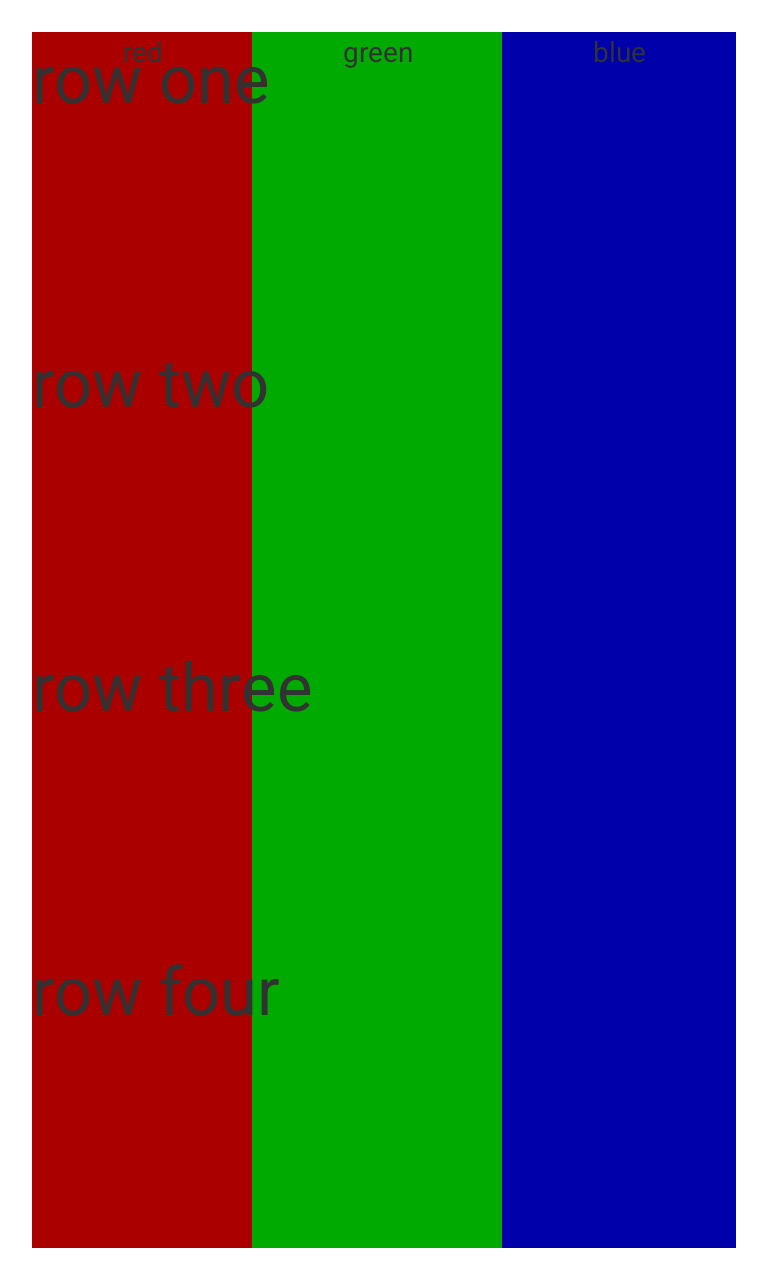
Repository: PatKelsh/IS-413
Layout: LinearLayout/res/layout/activity_main.xml
An editor plug-in stored every save of this project. The layout is shown before and after the next save, followed by the edit.
It is drawn on a 768 x 1280 px phone screen (xhdpi) without system bars, with theme AppTheme; the app's code is not run.

Above is the layout before, as saved 2015-02-04 03:22:34.

### LinearLayout/res/layout/activity_main.xml
<RelativeLayout xmlns:android="http://schemas.android.com/apk/res/android"
    xmlns:tools="http://schemas.android.com/tools"
    android:layout_width="match_parent"
    android:layout_height="match_parent"
    android:paddingBottom="@dimen/activity_vertical_margin"
    android:paddingLeft="@dimen/activity_horizontal_margin"
    android:paddingRight="@dimen/activity_horizontal_margin"
    android:paddingTop="@dimen/activity_vertical_margin"
    tools:context="com.example.linearlayout.MainActivity" >

    <LinearLayout
        android:orientation="horizontal"
        android:layout_width="fill_parent"
        android:layout_height="fill_parent"
        android:layout_weight="1">

        <TextView
            android:text="red"
            android:gravity="center_horizontal"
            android:background="#aa0000"
            android:layout_width="wrap_content"
            android:layout_height="fill_parent"
            android:layout_weight="1"/>

        <TextView
            android:text="green"
            android:gravity="center_horizontal"
            android:background="#00aa00"
            android:layout_width="wrap_content"
            android:layout_height="fill_parent"
            android:layout_weight="1"/>

        <TextView
            android:text="blue"
            android:gravity="center_horizontal"
            android:background="#0000aa"
            android:layout_width="wrap_content"
            android:layout_height="fill_parent"
            android:layout_weight="1"/>
    </LinearLayout>

    <LinearLayout
        android:orientation="vertical"
        android:layout_width="fill_parent"
        android:layout_height="fill_parent"
        android:layout_weight="1">

        <TextView
            android:text="row one"
            android:textSize="15pt"
            android:layout_width="fill_parent"
            android:layout_height="wrap_content"
            android:layout_weight="1"/>
        <TextView
            android:text="row two"
            android:textSize="15pt"
            android:layout_width="fill_parent"
            android:layout_height="wrap_content"
            android:layout_weight="1"/>
        <TextView
            android:text="row three"
            android:textSize="15pt"
            android:layout_width="fill_parent"
            android:layout_height="wrap_content"
            android:layout_weight="1"/>
        <TextView
            android:text="row four"
            android:textSize="15pt"
            android:layout_width="fill_parent"
            android:layout_height="wrap_content"
            android:layout_weight="1"/>

    </LinearLayout>


</RelativeLayout>

Loaded but not shown: LinearLayout/res/values/styles.xml (common file); LinearLayout/res/values-v11/styles.xml (common file); LinearLayout/res/values-v14/styles.xml (common file); LinearLayout/res/values/dimens.xml (common file); LinearLayout/res/values-w820dp/dimens.xml (common file)

After the next save:
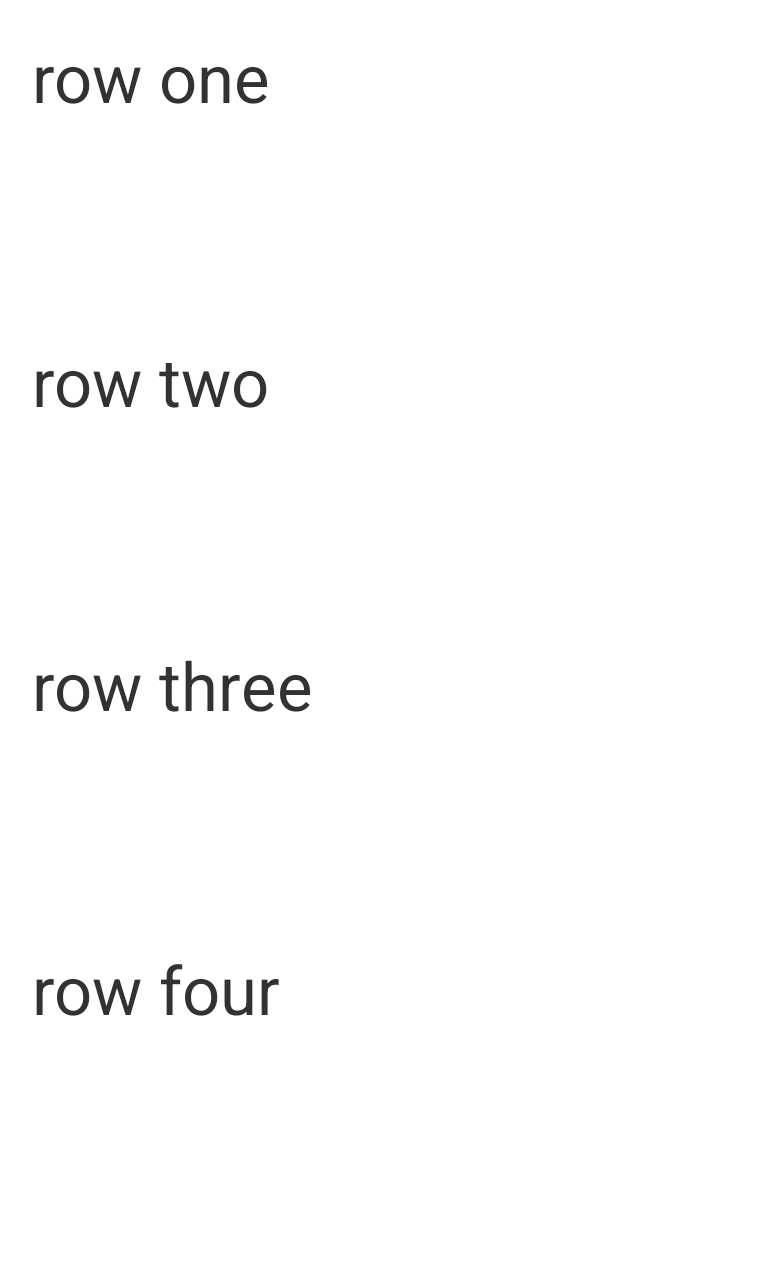
Saved 2 min 27 s later.
--- a/LinearLayout/res/layout/activity_main.xml
+++ b/LinearLayout/res/layout/activity_main.xml
@@ -11,7 +11,7 @@
     <LinearLayout
         android:orientation="horizontal"
         android:layout_width="fill_parent"
-        android:layout_height="fill_parent"
+        android:layout_height="center"
         android:layout_weight="1">
 
         <TextView
@@ -38,7 +38,6 @@
             android:layout_height="fill_parent"
             android:layout_weight="1"/>
     </LinearLayout>
-
     <LinearLayout
         android:orientation="vertical"
         android:layout_width="fill_parent"

After the save that followed:
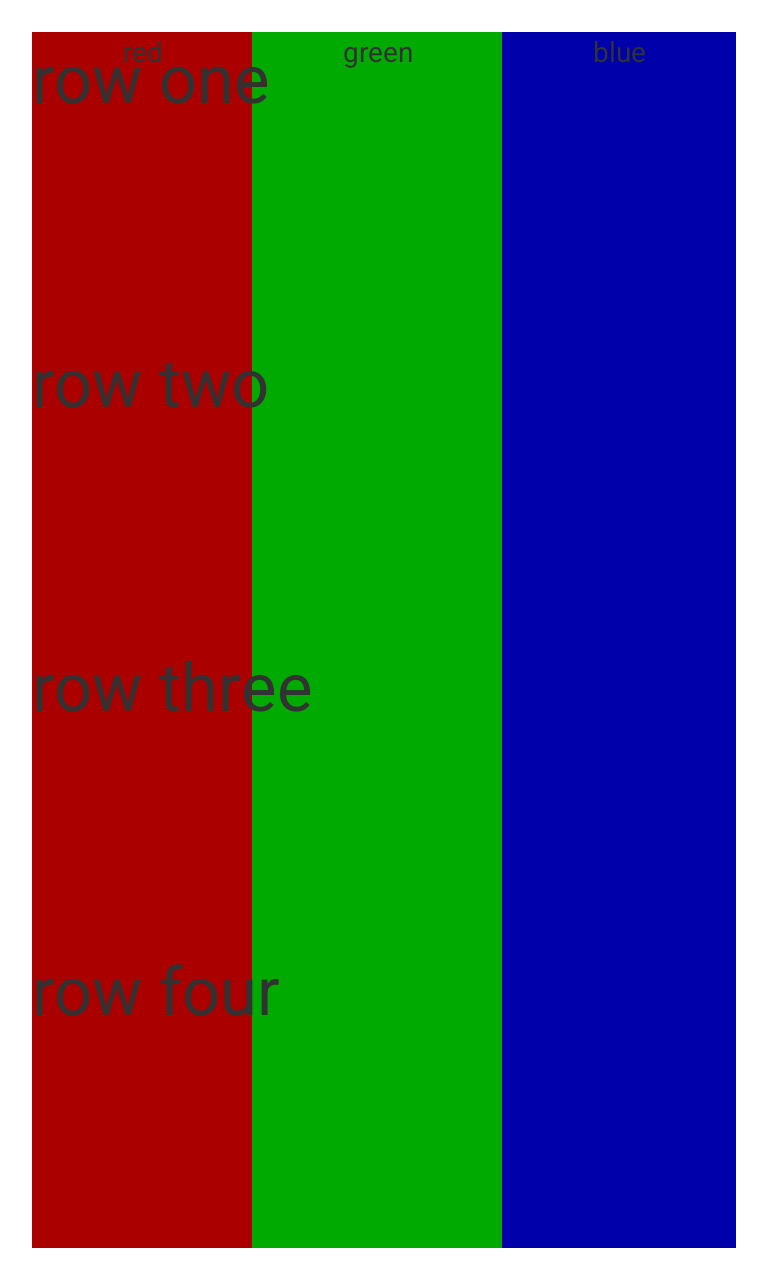
Saved 33 s later.
--- a/LinearLayout/res/layout/activity_main.xml
+++ b/LinearLayout/res/layout/activity_main.xml
@@ -11,7 +11,7 @@
     <LinearLayout
         android:orientation="horizontal"
         android:layout_width="fill_parent"
-        android:layout_height="center"
+        android:layout_height="match_parent"
         android:layout_weight="1">
 
         <TextView
